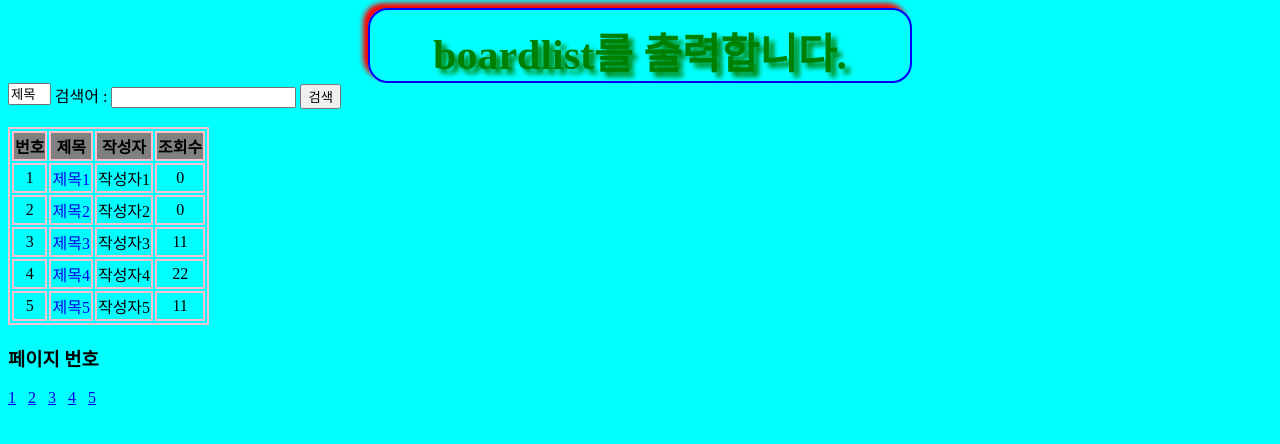
Repository: younseochoi/AI_PLATFORM
Page: my_code/03_web/html/src/main/webapp/boardlist.html
The author's editor kept a copy of each file at every save. The page is drawn from the files as they stood at one save, then again after the next save.
The browser window is 1280 px wide. The pictures show the whole page.

Above is the page before, as saved 2022-07-25 08:14:35.

After the next save:
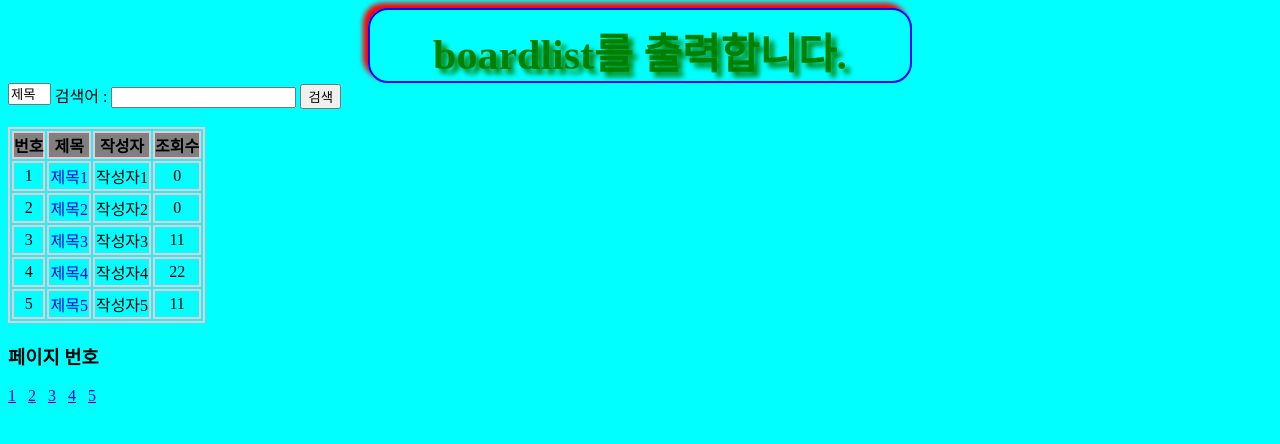
Saved 6 s later.
--- a/my_code/03_web/html/src/main/webapp/boardlist.html
+++ b/my_code/03_web/html/src/main/webapp/boardlist.html
@@ -28,7 +28,7 @@
 }
 table{ border: 2px solid pink; margin:0; padding:0; }
 tr{border: 2px solid pink; margin:0; padding:0;}
-th{border: 2px solid pink; margin:0;background-color: gray;}
+th{border: 2px solid pink; margin:0;background-color: gray; padding:0;}
 td{border: 2px solid pink; margin:0;}
 td a{
 	text-decoration: none;

After the save that followed:
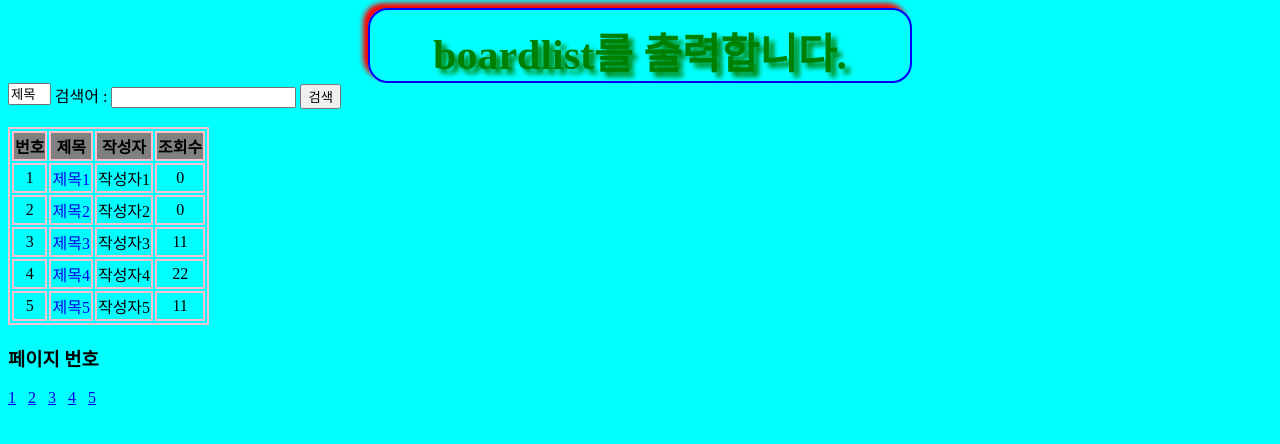
Saved 8 s later.
--- a/my_code/03_web/html/src/main/webapp/boardlist.html
+++ b/my_code/03_web/html/src/main/webapp/boardlist.html
@@ -28,7 +28,7 @@
 }
 table{ border: 2px solid pink; margin:0; padding:0; }
 tr{border: 2px solid pink; margin:0; padding:0;}
-th{border: 2px solid pink; margin:0;background-color: gray; padding:0;}
+th{border: 2px solid pink; margin:0;background-color: gray; }
 td{border: 2px solid pink; margin:0;}
 td a{
 	text-decoration: none;
